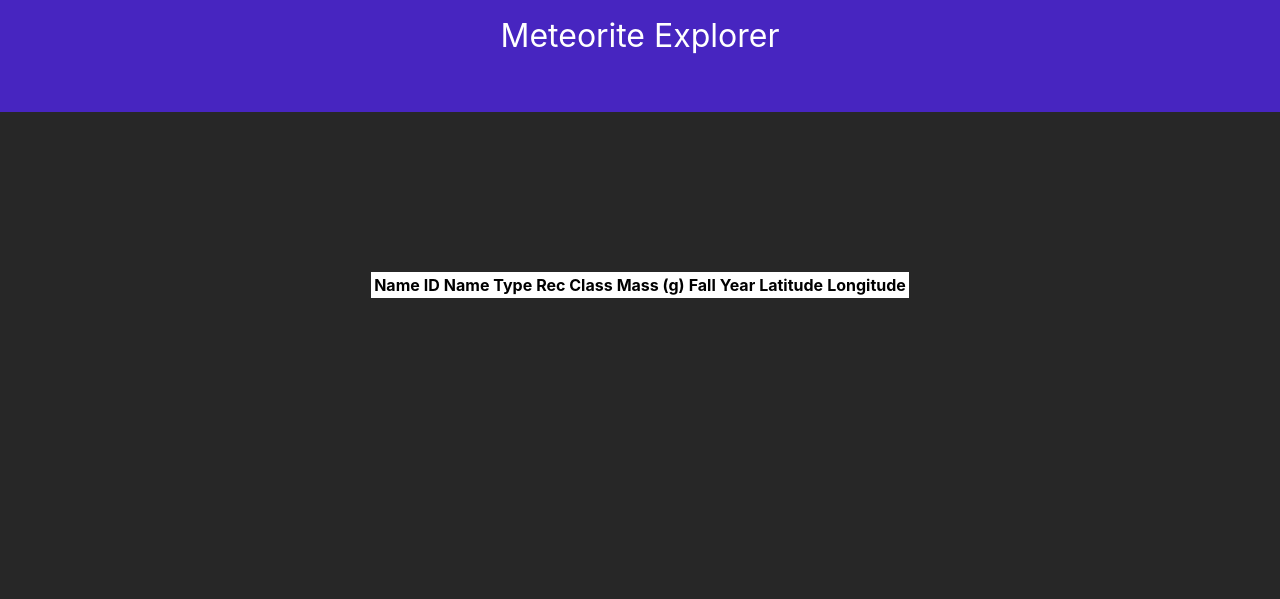
Repository: Tsardines/meteorite-explorer
Page: / (app in meteorite-explorer/)
An editor plug-in stored every save of this project. The page is shown before and after the next save, followed by the edit.
The browser window is 1280 px wide. The pictures show the whole page.
The page's requests for data from a server got no answer. An inner scrolling area shows only its first screen. The project was rebuilt for these pictures with package versions that can differ from the ones it lists, and the page was loaded fresh each time. No one was signed in, and anything a server would have sent is missing.

Above is the page before, as saved 2019-05-27 16:42:12.

### meteorite-explorer/src/App.js
import React, { Component } from 'react';
import './App.css';

// import { BootstrapTable, TableHeaderColumn } from 'react-bootstrap-table';
// import 'react-bootstrap-table-next/dist/react-bootstrap-table2.min.css';

// import Table from 'react-bootstrap/Table';

class App extends Component {
  constructor(props) {
    super(props);

  this.state = {
    items: []
  };
  this.componentWillMount = this.componentWillMount.bind(this);
}

componentWillMount() {
  fetch('https://data.nasa.gov/resource/gh4g-9sfh.json')
  .then(res => res.json())
  .then(data => {
    this.setState({ items: data });
  });
}


  render() {

    const { items } = this.state;

    return (


      <div className="wrapper">
        <div className="header">Meteorite Explorer</div>
        <table className="my-table">
          <thead>
            <th>Name</th>
            <th>ID</th>
            <th>Name Type</th>
            <th>Rec Class</th>
            <th>Mass (g)</th>
            <th>Fall</th>
            <th>Year</th>
            <th>Latitude</th>
            <th>Longitude</th>
          </thead>

          <tbody>
          { items.map((item, num) => {
            return (
              <tr>
                <td><p key={num}>{item.name}</p></td>
                <td><p key={num}>{item.id}</p></td>
                <td><p key={num}>{item.nametype}</p></td>
                <td><p key={num}>{item.recclass}</p></td>
                <td><p key={num}>{item.mass}</p></td>
                <td><p key={num}>{item.fall}</p></td>
                <td><p key={num}>{item.year}</p></td>
                <td><p key={num}>{item.reclat}</p></td>
                <td><p key={num}>{item.reclong}</p></td>
              </tr>
            )
          })}
          </tbody>
        </table>
      </div>
    )
  } // render

}

export default App;

### meteorite-explorer/src/App.css
body {
  background-color: rgb(39, 39, 39);
}

.header {
  background-color: rgb(71, 37, 192);
  color: white;
  font-size: 2rem;
  height: 5rem;
  padding: 1rem 0;
  text-align: center;
}

.wrapper {
  /* background-color: aqua; */
  height: 35rem;
  overflow-y: scroll;
}

.my-table {
  background-color: white;
  margin: 10rem auto;
}

.my-table tr:nth-child(odd):hover {
  background-color: rgb(143, 143, 143);
}

/* .theader th {
  padding-right: 1rem;
} */

/* .table-main {
  background-color: bisque;
}

.table-main:nth-child(even) {
  background-color: aquamarine;
} */

Loaded but not shown: meteorite-explorer/public/index.html (common file); meteorite-explorer/src/index.js (common file); meteorite-explorer/src/index.css (common file); meteorite-explorer/src/serviceWorker.js (common file)

After the next save:
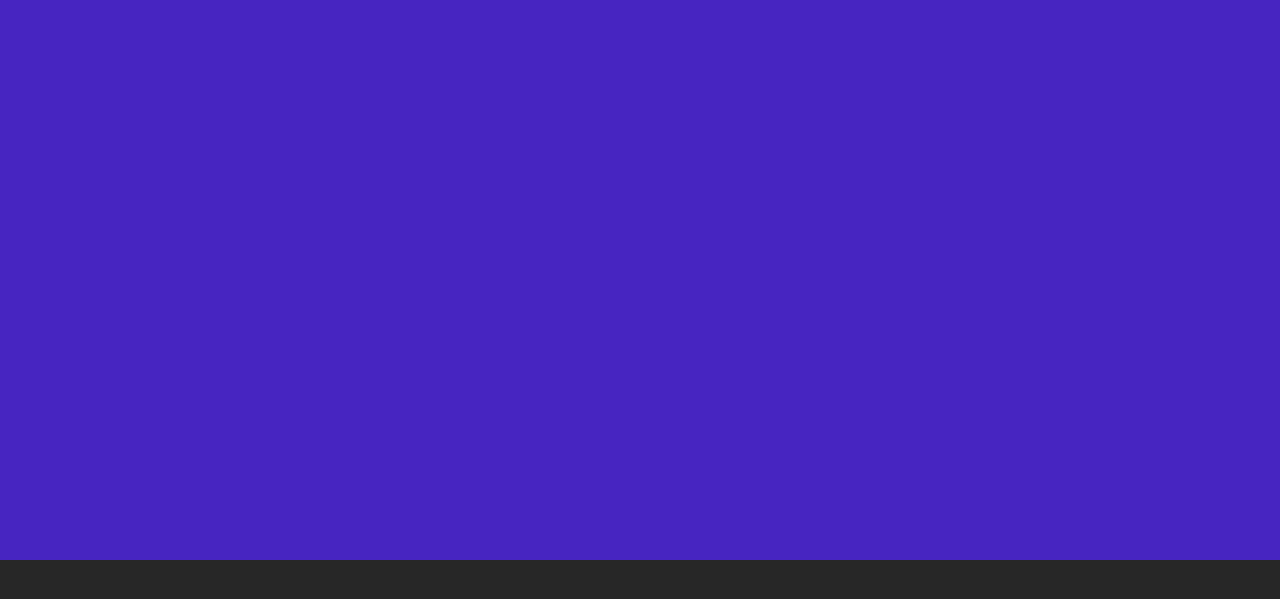
Saved 4 s later.
--- a/meteorite-explorer/src/App.css
+++ b/meteorite-explorer/src/App.css
@@ -7,7 +7,7 @@ body {
   color: white;
   font-size: 2rem;
   height: 5rem;
-  padding: 1rem 0;
+  padding: 50% 0;
   text-align: center;
 }
 
